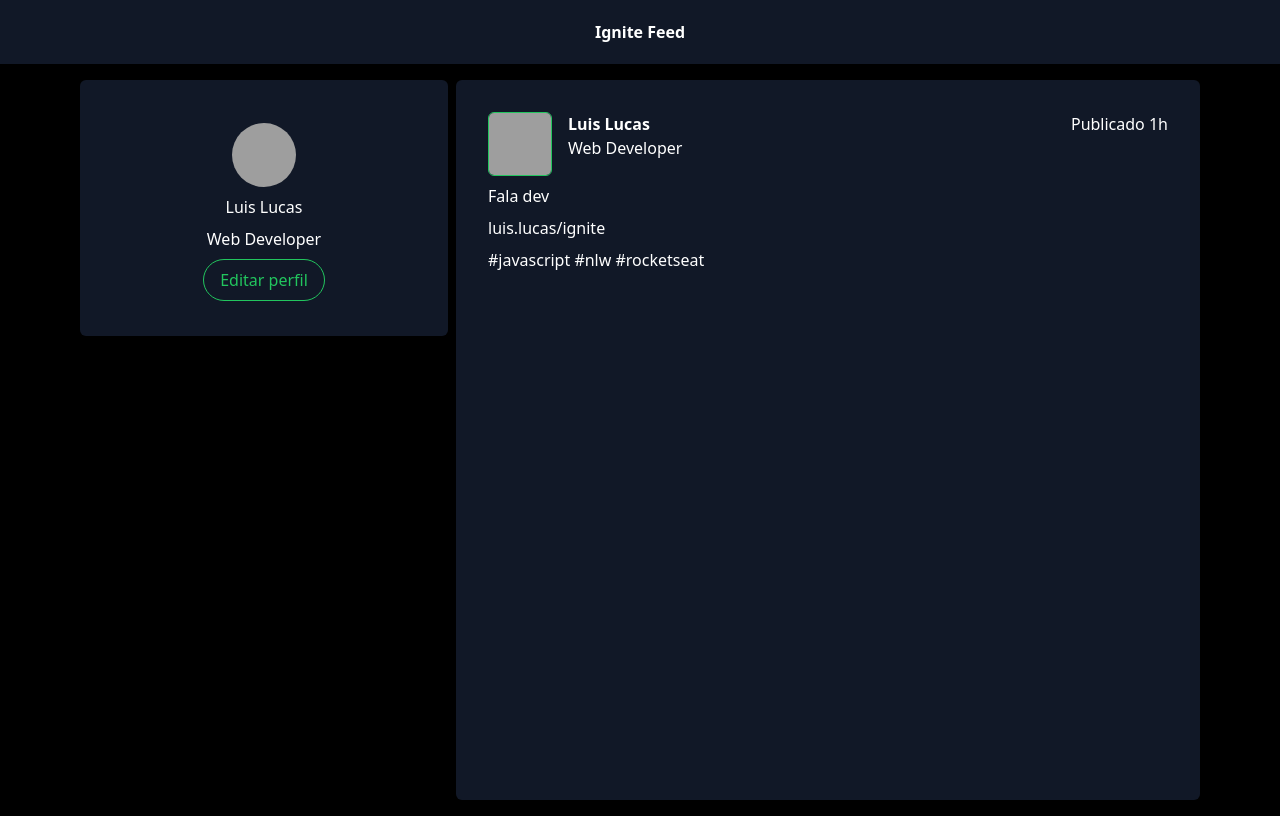
Repository: LuisSempre/ignite-feed
Page: /
An editor plug-in stored every save of this project. The page is shown before and after the next save, followed by the edit.
The browser window is 1280 px wide. The pictures show the whole page.
Pictures or frames that could not be fetched are drawn as grey boxes. The project was rebuilt for these pictures with package versions that can differ from the ones it lists, and the page was loaded fresh each time. Also part of the build but not shown: vite.config.js.

Above is the page before, as saved 2022-07-13 23:19:56.

### src/App.jsx
import { Header } from "./Components/Header"
import { Sidebar } from "./Components/Sidebar"
import { Post } from "./Components/Post"
function App() {
  return (
    <div>
      <Header />
      <div className="max-w-6xl mx-auto p-4 grid grid-cols-3 gap-2 items-start">
        <Sidebar />
        <div className="col-span-2">
         <Post />
        </div>
      </div>
    </div>
  );
}

export default App;

### src/index.css
@tailwind base;
@tailwind components;
@tailwind utilities;

body {
    @apply bg-black text-white;
}

### src/Components/Header.jsx
export function Header() {
  return (
    <div className="flex items-center justify-center h-16 bg-gray-900 mx-auto w-full">
      <h1 className="font-bold bg-gray-900">Ignite Feed</h1>
    </div>
  )
}

### src/Components/Sidebar.jsx
export function Sidebar() {
  return (
    <div className="rounded-md bg-gray-900 justify-center items-center flex flex-col text-center  h-64 space-y-2">
        <span className=" bg-gradient-r from-green-500 via-blue-500"></span>
        <img
          className="w-16 h-16 rounded-full overflow-hidden object-cover"
          src="https://avatars.githubusercontent.com/u/32404639?v=4"
          alt=""
        />
        <h1>Luis Lucas</h1>
        <span>Web Developer</span>
        <a
          href=""
          className="border border-green-500 px-4 py-2 rounded-full text-green-500"
        >
          Editar perfil
        </a>
    </div>
  );
}

### src/Components/Post.jsx
export function Post() {
  return (
    <div className=" bg-gray-900 rounded-md h-screen space-y-2 p-8">
      <div className="flex justify-between ">
        <div className="flex gap-4">
          <img
            className="h-16 w-16 border border-green-500 rounded-md"
            src="https://github.com/luissempre.png"
            alt=""
          />
          <div className="flex flex-col">
            <strong>Luis Lucas </strong>
            <span>Web Developer</span>
          </div>
        </div>
        <div>
          <time dataTime="2022-05-11 08:13:00">Publicado 1h</time>
        </div>
      </div>
      <div className="space-y-2">
        <p>Fala dev</p>
        <p>luis.lucas/ignite</p>
        <p>#javascript #nlw #rocketseat</p>
      </div>
    </div>
  );
}

Loaded but not shown: index.html (common file); src/main.jsx (common file); tailwind.config.js (common file)

After the next save:
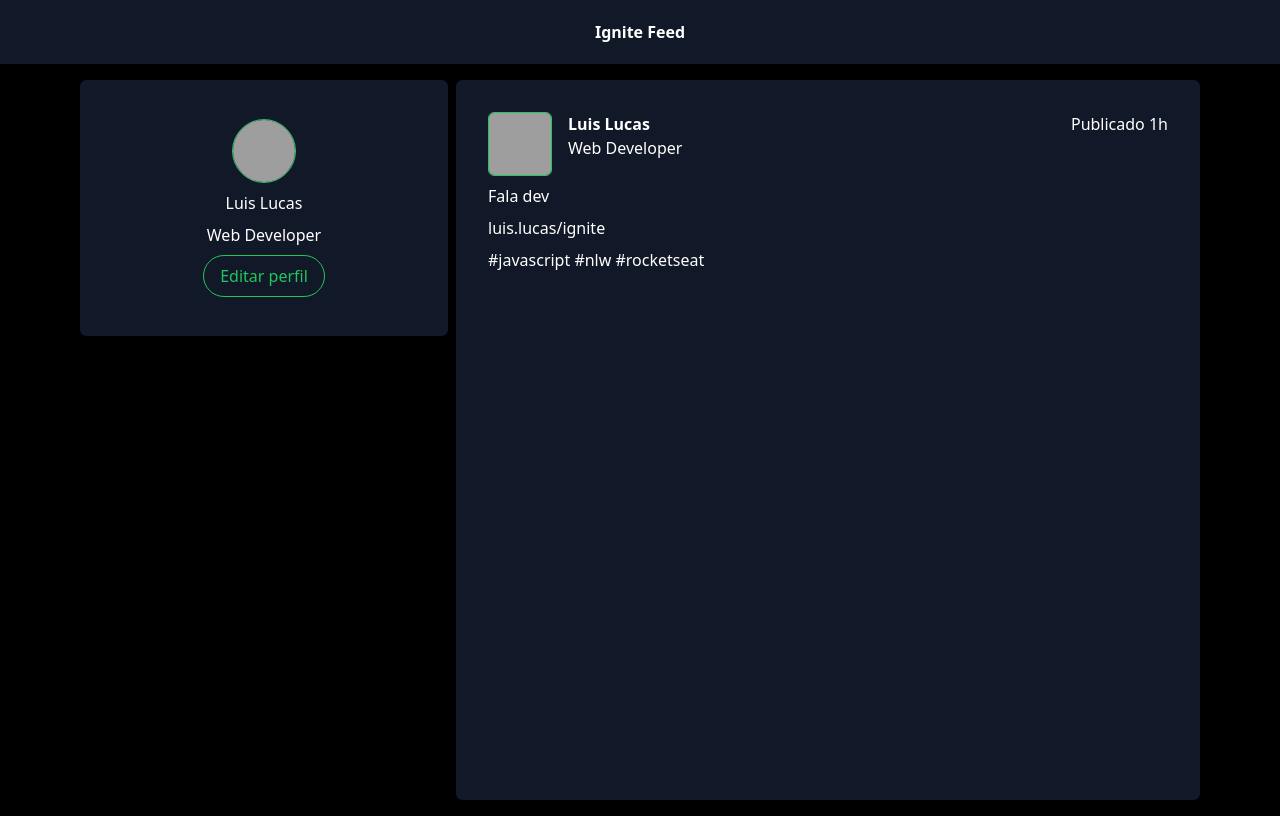
Saved 42 s later.
--- a/src/Components/Sidebar.jsx
+++ b/src/Components/Sidebar.jsx
@@ -1,9 +1,8 @@
 export function Sidebar() {
   return (
     <div className="rounded-md bg-gray-900 justify-center items-center flex flex-col text-center  h-64 space-y-2">
-        <span className=" bg-gradient-r from-green-500 via-blue-500"></span>
         <img
-          className="w-16 h-16 rounded-full overflow-hidden object-cover"
+          className="w-16 h-16 rounded-full overflow-hidden object-cover border border-green-500"
           src="https://avatars.githubusercontent.com/u/32404639?v=4"
           alt=""
         />
